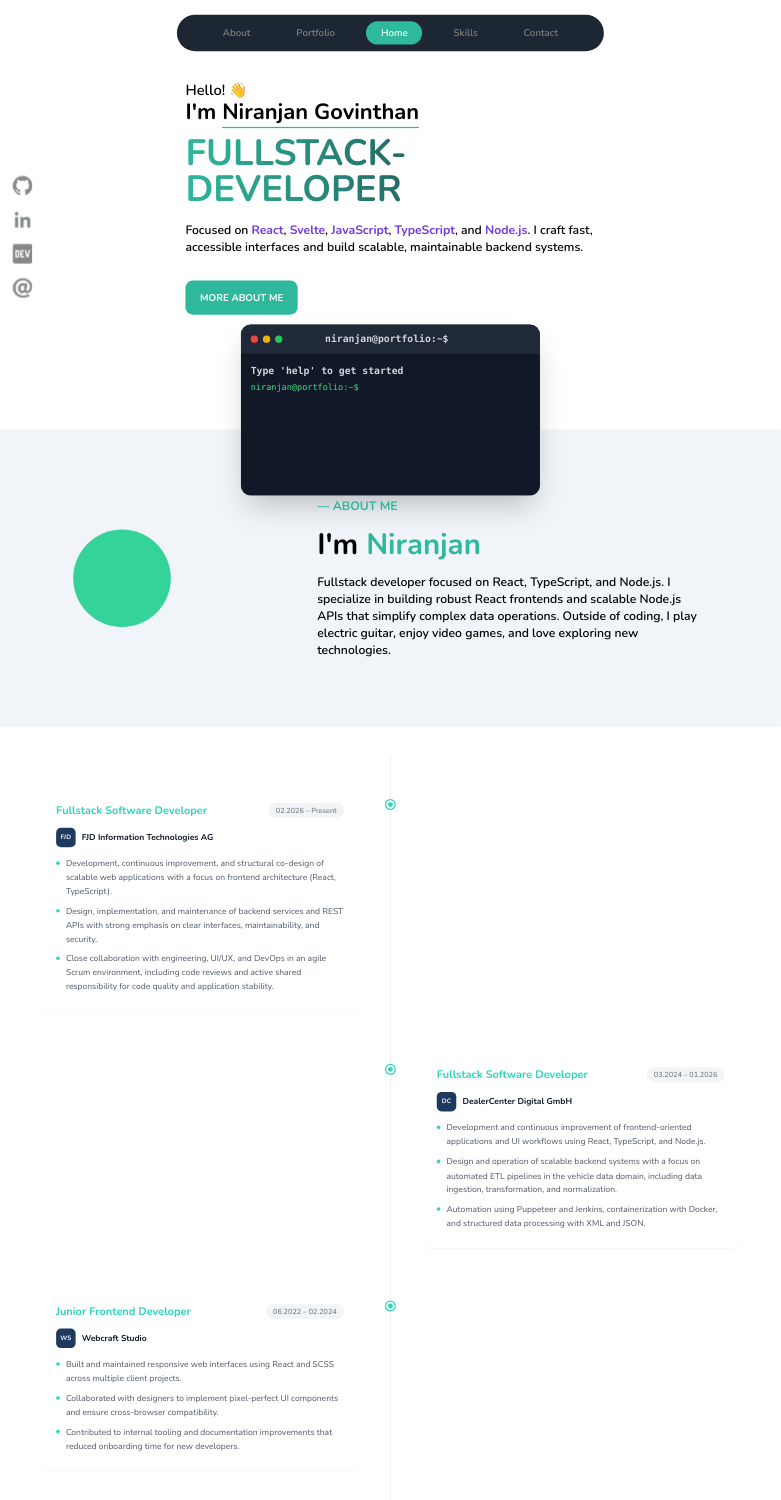
Repository: Niranjan-webdev/My-portfolio
Page: /
The author's editor kept a copy of each file at every save. The page is drawn from the files as they stood at one save, then again after the next save.
The browser window is 1280 px wide. The pictures show the whole page, at 61% of full size.
The project was rebuilt for these pictures with package versions that can differ from the ones it lists, and the page was loaded fresh each time. Also part of the build but not shown: next.config.mjs.

Above is the page before, as saved 2026-03-21 11:13:10.

### src/index.css

body {

  margin: 0;
  font-family: "Nunito", sans-serif;
  -webkit-font-smoothing: antialiased;
  -moz-osx-font-smoothing: grayscale;
}

code {
  font-family: source-code-pro, Menlo, Monaco, Consolas, 'Courier New',
    monospace;
}

### src/App.js
import logo from './logo.svg';
import './App.css';
import { RiHeartFill } from '@remixicon/react'
import { Topnavbar, MainContainer } from './components';
// import Topnavbar from './components/Topnavbar';

function App() {
  return (
   <>
    <Topnavbar/>
    <MainContainer/>
   </>
  );
}

export default App;

### src/App.css
@import url('https://fonts.googleapis.com/css2?family=Fira+Code:wght@300..700&family=Nunito:ital,wght@0,200..1000;1,200..1000&display=swap');

@tailwind base;
@tailwind components;
@tailwind utilities;


.topbar__wrapper{
    @apply w-full flex justify-center
}
.topbar__content{
    @apply  py-2 bg-[#1d2734] mt-6 px-6 py-[18px] rounded-[30px] w-[700px]
}
.topbar__content ul {
   @apply flex justify-evenly
}
.topbar__content ul li{

}
.topbar__content ul li a{
    @apply  font-semibold py-2 px-6 rounded-full
}
/* .topbar__content ul li a:hover{
    @apply  text-lg
} */
.socialmedia__bar a img{
    @apply opacity-50
}
/* .burgerMenu span{
    @apply
} */

### src/components/index.js
export {default as Topnavbar} from "./Topnavbar"
export {default as MainContainer} from "./MainContainer"
export {default as Terminal} from "./terminal"
export {default as Timeline} from "./timeLine"
export {default as TimelineCard} from "./TimelineCard"

export {default as github} from "../assets/github-logo-dark.png"
export {default as linkedIn} from "../assets/linkedin-logo-dark.png"
export {default as DevTo} from "../assets/devto-logo-light.png"
export {default as mail} from "../assets/mail-logo-dark.5ab6061889d3fa3a24ef.png"

### src/components/Topnavbar.js
import { useState } from 'react'
import React from 'react'
import logo from '../assets/logo.svg'

function Topnavbar() {
    const [activeTab, setActiveTab] = useState('Home')
    const [isMenuOpen, setIsMenuOpen] = useState(false)

    const navItems = ['About', 'Portfolio', 'Home', 'Skills', 'Contact']

    const handleTabClick = (tabName) => {
        setActiveTab(tabName)
        console.log('Active tab changed to:', tabName)
    }
    const handleModal = () => {
        setIsMenuOpen(!isMenuOpen)
    }
    return (
        <>
            <div className='topbar__wrapper'>
                <nav className='topbar__content'>
                    <ul className=''>
                        {navItems.map((item) => (
                            <li key={item}>
                                <a
                                    onClick={() => handleTabClick(item)}
                                    className={`cursor-pointer transition-colors duration-200 ${activeTab === item
                                            ? 'bg-[#2eb89c] text-white font-semibold px-4 py-2 rounded'
                                            : 'text-[#808080] hover:text-[#2eb89c] px-4 py-2'
                                        }`}
                                >
                                    {item}
                                </a>
                            </li>
                        ))}
                    </ul>
                </nav>
            </div>
           {/* <div className='responsive__topbar fixed bg-white z-50'>
                <button className='burgerMenu fixed right-10 top-10 flex flex-col gap-[3px]'
                onClick={handleModal}>
                    <span className={`px-[12px] py-[2px] bg-black w-full rounded transition-transform duration-300
                      ${  isMenuOpen? 'rotate-45 translate-y-1.5' : ''
                    }`}
                   ></span>
                    <span className={`px-[12px] py-[2px] bg-black w-full rounded
                         ${  isMenuOpen? 'opacity-0' : ''
                }`}></span>
                    <span className={`px-[12px] py-[2px] bg-black w-full rounded transition-transform duration-300
                      ${  isMenuOpen? '-rotate-45 -translate-y-1.5' : ''
                    }`}></span>
                </button>
                <ul className={`responsive__content h-screen w-screen flex flex-col items-center justify-evenly
                ${isMenuOpen ? 'h-screen opacity-100' : 'max-h-0 opacity-0'}`}>
                {navItems.map((item) => (
                            <li key={item}>
                                <a
                                    onClick={() => handleTabClick(item)}
                                    className={"text-2xl font-bold"}>
                                    {item}
                                </a>
                            </li>
                        ))}
                </ul>
            </div>  */}
        </>
    )
}

export default Topnavbar

### src/components/MainContainer.js
import React from 'react'
import hero from '../assets/hero.png'
import logoOutline from '../assets/logo-outline.svg'
import dotcircles from '../assets/dotcircles.svg'
import { Terminal, github, linkedIn, mail, DevTo } from "./index"
import TimeLine from './timeLine'
// import OwlCarousel from 'react-owl-carousel';
// import 'owl.carousel/dist/assets/owl.carousel.css';
// import 'owl.carousel/dist/assets/owl.theme.default.css';

function MainContainer() {
    return (
        <>
            {/* Hero Banner start */}
            <section className='w-full'>
                {/* Social media bar */}
                <div className='socialmedia__bar ml-[1.3rem] fixed top-[40%] flex md:flex-col flex-col gap-6 w-[32px]'>
                    <a><img src={github} /></a>
                    <a><img src={linkedIn} /></a>
                    <a><img src={DevTo} /></a>
                    <a><img src={mail} /></a>
                </div>
                {/* Social media bar */}
                <div className='hero__banner h-[calc(100vh-100px)] flex items-center justify-around px-[5rem] py-[3rem] md:flex flex-wrap gap-4'>
                    <div className='banner__content w-3/5'>
                        <h4 className='text-2xl font-semibold'>Hello! 👋</h4>
                        <h2 className='text-4xl mb-4 font-bold'>I'm <span className='border-b-2 border-[#2eb89c]'>Niranjan Govinthan</span></h2>
                        <h1 className='text-6xl mb-6 font-bold bg-gradient-to-r from-[#2eb89c] to-[#1d2734] text-transparent bg-clip-text'>FULLSTACK-DEVELOPER</h1>
                        <p className='text-xl mb-10 font-semibold'>Focused on  <span className='text-[#713cdd] font-bold'>React</span>,  <span className='text-[#713cdd] font-bold'>Svelte</span>, <span className='text-[#713cdd] font-bold'>JavaScript</span>, <span className='text-[#713cdd] font-bold'>TypeScript</span>, and <span className='text-[#713cdd] font-bold'>Node.js</span>. I craft fast, accessible interfaces and build scalable, maintainable backend systems.</p>
                        <button className='py-4 px-6 bg-[#2eb89c] hover:bg-[#79cdb9] rounded-[12px] text-white text-base font-bold'>MORE ABOUT ME</button>
                    </div>
                    <Terminal />
                </div>
            </section>
            {/* Hero Banner end */}

            {/* About me */}
            <section className=' about__me flex bg-[#f1f5f9]'>
                <div className='about__container w-full py-[7rem] flex items-center justify-around'>
                    <div className='profile'>
                        <div className='p-20 rounded-full bg-emerald-400'></div>
                    </div>
                    <div className='about__content w-1/2'>
                        <h4 className='text-xl font-bold text-[#2eb89c] mb-6'>— ABOUT ME</h4>
                        <h2 className='text-5xl text-[#2eb89c] mb-6 font-bold'><span className='text-black'>I'm</span> Niranjan</h2>
                        <p className='text-xl font-[600]'>Fullstack developer focused on React, TypeScript, and Node.js. I specialize in building robust React frontends and scalable Node.js APIs that simplify complex data operations. Outside of coding, I play electric guitar, enjoy video games, and love exploring new technologies.</p>
                    </div>
                </div>

            </section>
            <TimeLine/>
            {/* About me */}
        </>
    )
}

export default MainContainer

### src/components/terminal.js
import React, { useState, useEffect, useRef } from 'react';

const Terminal = () => {
  const [input, setInput] = useState('');
  const [history, setHistory] = useState([
    { type: 'output', content: "Type 'help' to get started" }
  ]);
  const [currentPath, setCurrentPath] = useState('~');
  const [commandHistory, setCommandHistory] = useState([]);
  const [historyIndex, setHistoryIndex] = useState(-1);
  const inputRef = useRef(null);
  const terminalRef = useRef(null);

  // Sample file system structure
  const fileSystem = {
    '~': {
      type: 'directory',
      contents: {
        'projects': {
          type: 'directory',
          contents: {
            'portfolio': { type: 'directory', contents: {} },
            'blog': { type: 'directory', contents: {} },
            'README.md': { type: 'file', content: 'Welcome to my projects!' }
          }
        },
        'documents': {
          type: 'directory',
          contents: {
            'resume.pdf': { type: 'file', content: 'Resume file' },
            'notes.txt': { type: 'file', content: 'Personal notes' }
          }
        },
        'about.txt': { type: 'file', content: 'Full-stack developer passionate about creating amazing web experiences.' }
      }
    }
  };

  // Available commands
  const commands = {
    help: () => [
      'Available commands:',
      '  help     - Show this help message',
      '  clear    - Clear the terminal',
      '  ls       - List directory contents',
      '  cd       - Change directory',
      '  cat      - Display file contents',
      '  pwd      - Show current directory',
      '  whoami   - Display user information',
      '  date     - Show current date',
      '  echo     - Display text',
      '  about    - About me',
      '  skills   - My technical skills',
      '  contact  - Contact information'
    ],
    clear: () => {
      setHistory([]);
      return [];
    },
    ls: () => {
      const currentDir = getCurrentDirectory();
      if (currentDir && currentDir.contents) {
        return Object.keys(currentDir.contents).map(item => {
          const itemObj = currentDir.contents[item];
          return itemObj.type === 'directory' ? `📁 ${item}/` : `📄 ${item}`;
        });
      }
      return ['Directory not found'];
    },
    pwd: () => [currentPath],
    whoami: () => ['niranjan-dev'],
    date: () => [new Date().toString()],
    about: () => [
      'Hi! I\'m Niranjan, a Full-stack Developer',
      'Focused on JavaScript, Svelte, React, and Node.js',
      'I craft fast, accessible interfaces and build scalable,',
      'maintainable backend systems.',
      '',
      'Currently exploring new technologies and building',
      'innovative web solutions.'
    ],
    skills: () => [
      'Technical Skills:',
      '• Frontend: Svelte, React, TypeScript, JavaScript, HTML5, CSS3',
      '• Backend: Node.js, Express',
      '• Database: MongoDB',
      '• Tools: Git, Linux',
    ],
    contact: () => [
      'Get in touch:',
      '• Email: niranjan.g2k@gmail.com',
      '• GitHub: github.com/niranjanUidev',
      '• LinkedIn: linkedin.com/in/niranjan-dev',
      '• Website: niranjan-dev.de'
    ]
  };

  const getCurrentDirectory = () => {
    const pathParts = currentPath.split('/').filter(part => part !== '');
    let current = fileSystem['~'];

    for (const part of pathParts) {
      if (part === '~') continue;
      if (current.contents && current.contents[part]) {
        current = current.contents[part];
      } else {
        return null;
      }
    }
    return current;
  };

  const processCommand = (cmd) => {
    const trimmedCmd = cmd.trim();
    if (!trimmedCmd) return;

    const [command, ...args] = trimmedCmd.split(' ');

    // Add to command history
    setCommandHistory(prev => [...prev, trimmedCmd]);
    setHistoryIndex(-1);

    // Add command to history display
    setHistory(prev => [...prev, { type: 'command', content: `> ${trimmedCmd}` }]);

    if (commands[command]) {
      const result = commands[command](args);
      if (result.length > 0) {
        setHistory(prev => [...prev, { type: 'output', content: result }]);
      }
    } else if (command === 'echo') {
      setHistory(prev => [...prev, { type: 'output', content: [args.join(' ')] }]);
    } else if (command === 'cat') {
      const filename = args[0];
      const currentDir = getCurrentDirectory();
      if (currentDir && currentDir.contents && currentDir.contents[filename]) {
        const file = currentDir.contents[filename];
        if (file.type === 'file') {
          setHistory(prev => [...prev, { type: 'output', content: [file.content] }]);
        } else {
          setHistory(prev => [...prev, { type: 'output', content: [`cat: ${filename}: Is a directory`] }]);
        }
      } else {
        setHistory(prev => [...prev, { type: 'output', content: [`cat: ${filename}: No such file or directory`] }]);
      }
    } else if (command === 'cd') {
      const dir = args[0] || '~';
      if (dir === '~') {
        setCurrentPath('~');
      } else if (dir === '..') {
        const pathParts = currentPath.split('/').filter(part => part !== '');
        pathParts.pop();
        setCurrentPath(pathParts.length > 0 ? pathParts.join('/') : '~');
      } else {
        const currentDir = getCurrentDirectory();
        if (currentDir && currentDir.contents && currentDir.contents[dir] && currentDir.contents[dir].type === 'directory') {
          setCurrentPath(currentPath === '~' ? dir : `${currentPath}/${dir}`);
        } else {
          setHistory(prev => [...prev, { type: 'output', content: [`cd: ${dir}: No such file or directory`] }]);
        }
      }
    } else {
      setHistory(prev => [...prev, { type: 'output', content: [`Command not found: ${command}. Type 'help' for available commands.`] }]);
    }
  };

  const handleKeyDown = (e) => {
    if (e.key === 'Enter') {
      e.preventDefault();
      processCommand(input);
      setInput('');
    } else if (e.key === 'ArrowUp') {
      e.preventDefault();
      if (commandHistory.length > 0) {
        const newIndex = historyIndex === -1 ? commandHistory.length - 1 : Math.max(0, historyIndex - 1);
        setHistoryIndex(newIndex);
        setInput(commandHistory[newIndex]);
      }
    } else if (e.key === 'ArrowDown') {
      e.preventDefault();
      if (historyIndex !== -1) {
        const newIndex = historyIndex + 1;
        if (newIndex >= commandHistory.length) {
          setHistoryIndex(-1);
          setInput('');
        } else {
          setHistoryIndex(newIndex);
          setInput(commandHistory[newIndex]);
        }
      }
    }
  };

  const handleTerminalClick = () => {
    inputRef.current?.focus();
  };

  useEffect(() => {
    if (terminalRef.current) {
      terminalRef.current.scrollTop = terminalRef.current.scrollHeight;
    }
  }, [history]);

  useEffect(() => {
    inputRef.current?.focus();
  }, []);

  return (
    <div className="w-full max-w-[490px] max-h-[280px] bg-gray-900 rounded-[16px] shadow-2xl overflow-hidden">
      {/* Terminal Header */}
      <div className="bg-gray-800 px-4 py-3 flex items-center justify-between">
        <div className="flex items-center space-x-2">
          <div className="w-3 h-3 bg-red-500 rounded-full"></div>
          <div className="w-3 h-3 bg-yellow-500 rounded-full"></div>
          <div className="w-3 h-3 bg-green-500 rounded-full"></div>
        </div>
        <div className="text-gray-300 text-base font-bold font-mono">
          niranjan@portfolio:~$
        </div>
        <div className="w-16"></div>
      </div>

      {/* Terminal Content */}
      <div
        ref={terminalRef}
        className="bg-gray-900 text-green-400 font-mono text-sm p-4 h-96 cursor-text overflow-y-auto"
        onClick={handleTerminalClick}
      >
        {history.map((item, index) => (
          <div key={index} className="mb-1">
            {item.type === 'command' ? (
              <div className="text-green-500 text-base font-bold">{item.content}</div>
            ) : (
              <div className="text-gray-300 text-base font-bold">
                {Array.isArray(item.content) ? (
                  item.content.map((line, lineIndex) => (
                    <div key={lineIndex}>{line}</div>
                  ))
                ) : (
                  <div>{item.content}</div>
                )}
              </div>
            )}
          </div>
        ))}

        {/* Input Line */}
        <div className="flex items-center">
          <span className="text-green-400 mr-2">
            niranjan@portfolio:{currentPath}$
          </span>
          <input
            ref={inputRef}
            type="text"
            value={input}
            onChange={(e) => setInput(e.target.value)}
            onKeyDown={handleKeyDown}
            className="flex-1 bg-transparent text-green-400 outline-none font-mono"
            autoComplete="off"
            spellCheck="false"
          />
          {/* <span className="text-green-400 animate-pulse">█</span> */}
        </div>
      </div>
    </div>
  );
};

export default Terminal;

### src/components/timeLine.js
import React from 'react';
import TimelineCard from './TimelineCard';

const timelineData = [
  {
    date: '02.2026 – Present',
    title: 'Fullstack Software Developer',
    company: 'FJD Information Technologies AG',
    companyInitials: 'FJD',
    bullets: [
      'Development, continuous improvement, and structural co-design of scalable web applications with a focus on frontend architecture (React, TypeScript).',
      'Design, implementation, and maintenance of backend services and REST APIs with strong emphasis on clear interfaces, maintainability, and security.',
      'Close collaboration with engineering, UI/UX, and DevOps in an agile Scrum environment, including code reviews and active shared responsibility for code quality and application stability.',
    ],
    side: 'left',
  },
  {
    date: '03.2024 – 01.2026',
    title: 'Fullstack Software Developer',
    company: 'DealerCenter Digital GmbH',
    companyInitials: 'DC',
    bullets: [
      'Development and continuous improvement of frontend-oriented applications and UI workflows using React, TypeScript, and Node.js.',
      'Design and operation of scalable backend systems with a focus on automated ETL pipelines in the vehicle data domain, including data ingestion, transformation, and normalization.',
      'Automation using Puppeteer and Jenkins, containerization with Docker, and structured data processing with XML and JSON.',
    ],
    side: 'right',
  },
  {
    date: '06.2022 – 02.2024',
    title: 'Junior Frontend Developer',
    company: 'Webcraft Studio',
    companyInitials: 'WS',
    bullets: [
      'Built and maintained responsive web interfaces using React and SCSS across multiple client projects.',
      'Collaborated with designers to implement pixel-perfect UI components and ensure cross-browser compatibility.',
      'Contributed to internal tooling and documentation improvements that reduced onboarding time for new developers.',
    ],
    side: 'left',
  },
];

function TimeLine() {
  return (
    <div className="relative w-full py-12 mt-[3rem] px-[4rem]">
      {/* Central vertical line */}
      <div className="absolute left-1/2 text-[#2eb89c] top-0 bottom-0 w-px bg-gray-200 -translate-x-1/2" />

      <div className="flex flex-col gap-16 relative">
        {timelineData.map((item, i) => (
          <TimelineCard key={i} item={item} />
        ))}
      </div>
    </div>
  );
}

export default TimeLine;

### src/components/TimelineCard.js
import React from 'react';

function TimelineCard({ item }) {
    const isLeft = item.side === 'left';

    const Card = (
      <div className="bg-white rounded-2xl p-7 shadow-sm hover:shadow-md transition-shadow duration-200">
        {/* Header: title + date badge */}
        <div className="flex items-start justify-between gap-3 flex-wrap mb-4">
          <h3 className="text-[#2dd4bf] font-bold text-lg leading-snug m-0">
            {item.title}
          </h3>
          <span className="bg-gray-100 text-gray-500 text-xs font-medium px-3 py-1 rounded-full whitespace-nowrap shrink-0">
            {item.date}
          </span>
        </div>

        {/* Company */}
        <div className="flex items-center gap-2.5 mb-4">
          <div className="w-8 h-8 rounded-lg bg-[#1e3a5f] text-white text-[0.65rem] font-bold flex items-center justify-center tracking-wide shrink-0">
            {item.companyInitials}
          </div>
          <span className="text-sm font-bold text-gray-900">{item.company}</span>
        </div>

        {/* Bullets */}
        <ul className="flex flex-col gap-2.5 p-0 m-0 list-none">
          {item.bullets.map((b, i) => (
            <li key={i} className="flex gap-2.5 text-sm text-gray-600 leading-relaxed">
              <span className="w-1.5 h-1.5 rounded-full bg-[#2dd4bf] shrink-0 mt-[7px]" />
              <span>{b}</span>
            </li>
          ))}
        </ul>
      </div>
    );

    return (
      <div className="grid grid-cols-[1fr_48px_1fr] items-start relative">
        {isLeft ? (
          <>
            <div className="pr-6">{Card}</div>
            <div className="flex justify-center pt-6 z-10">
              <div className="w-3.5 h-3.5 rounded-full bg-[#2dd4bf] border-[3px] border-white ring-2 ring-[#2dd4bf] shrink-0" />
            </div>
            <div />
          </>
        ) : (
          <>
            <div />
            <div className="flex justify-center pt-6 z-10">
              <div className="w-3.5 h-3.5 rounded-full bg-[#2dd4bf] border-[3px] border-white ring-2 ring-[#2dd4bf] shrink-0" />
            </div>
            <div className="pl-6">{Card}</div>
          </>
        )}
      </div>
    );
  }

  export default TimelineCard;

### tailwind.config.js
/** @type {import('tailwindcss').Config} */
module.exports = {
  content: [
    "./src/**/*.{js,jsx,ts,tsx}",
  ],
  theme: {
    container: {
      margin: "3rem",
    },
    extend: {},
  },
  plugins: [],
}

Loaded but not shown: public/index.html (common file); src/index.js (common file); src/reportWebVitals.js (common file)

After the next save:
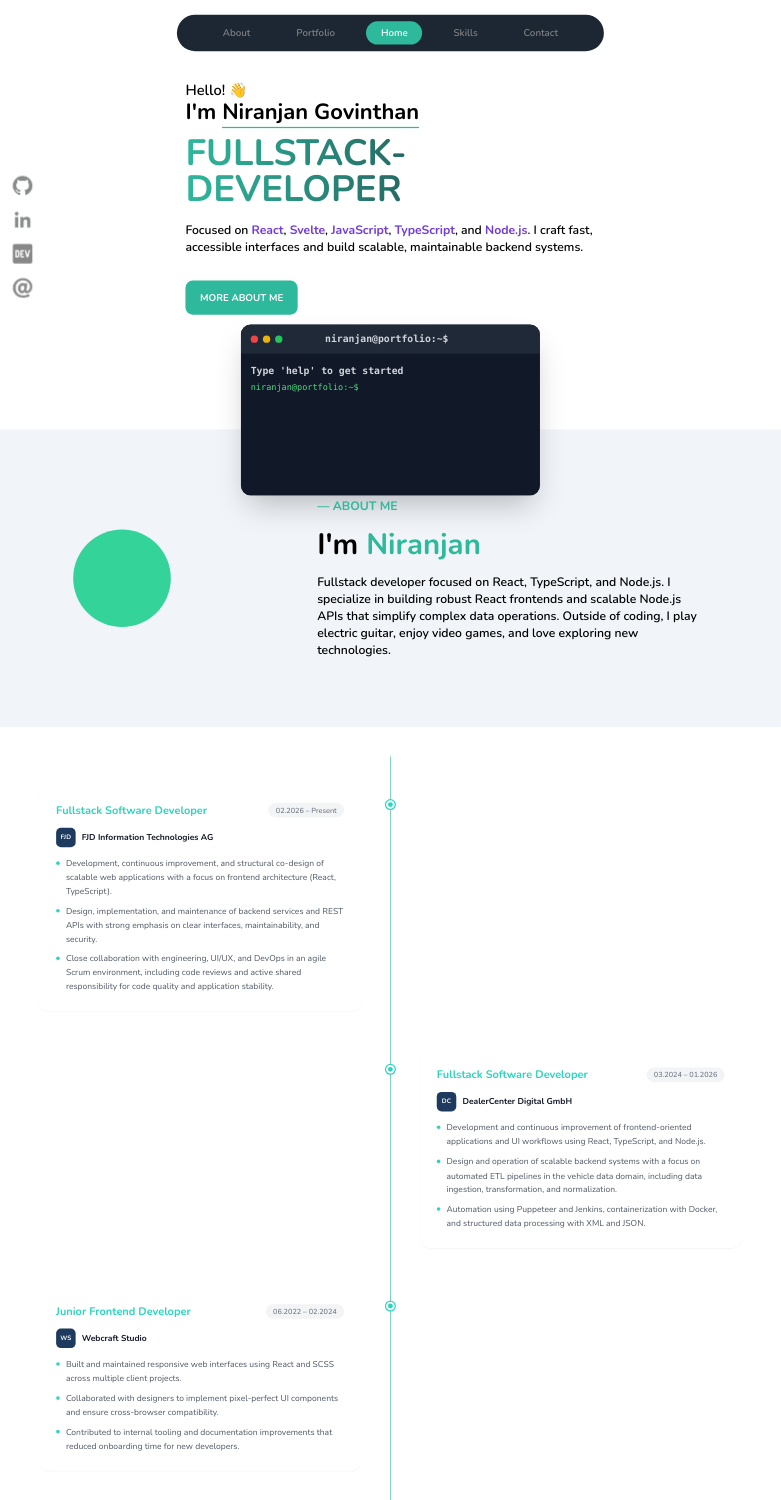
Saved 102 s later.
--- a/src/components/timeLine.js
+++ b/src/components/timeLine.js
@@ -44,7 +44,7 @@ function TimeLine() {
   return (
     <div className="relative w-full py-12 mt-[3rem] px-[4rem]">
       {/* Central vertical line */}
-      <div className="absolute left-1/2 text-[#2eb89c] top-0 bottom-0 w-px bg-gray-200 -translate-x-1/2" />
+      <div className="absolute left-1/2  top-0 bottom-0 w-px bg-[#2eb89c] -translate-x-1/2" />
 
       <div className="flex flex-col gap-16 relative">
         {timelineData.map((item, i) => (
